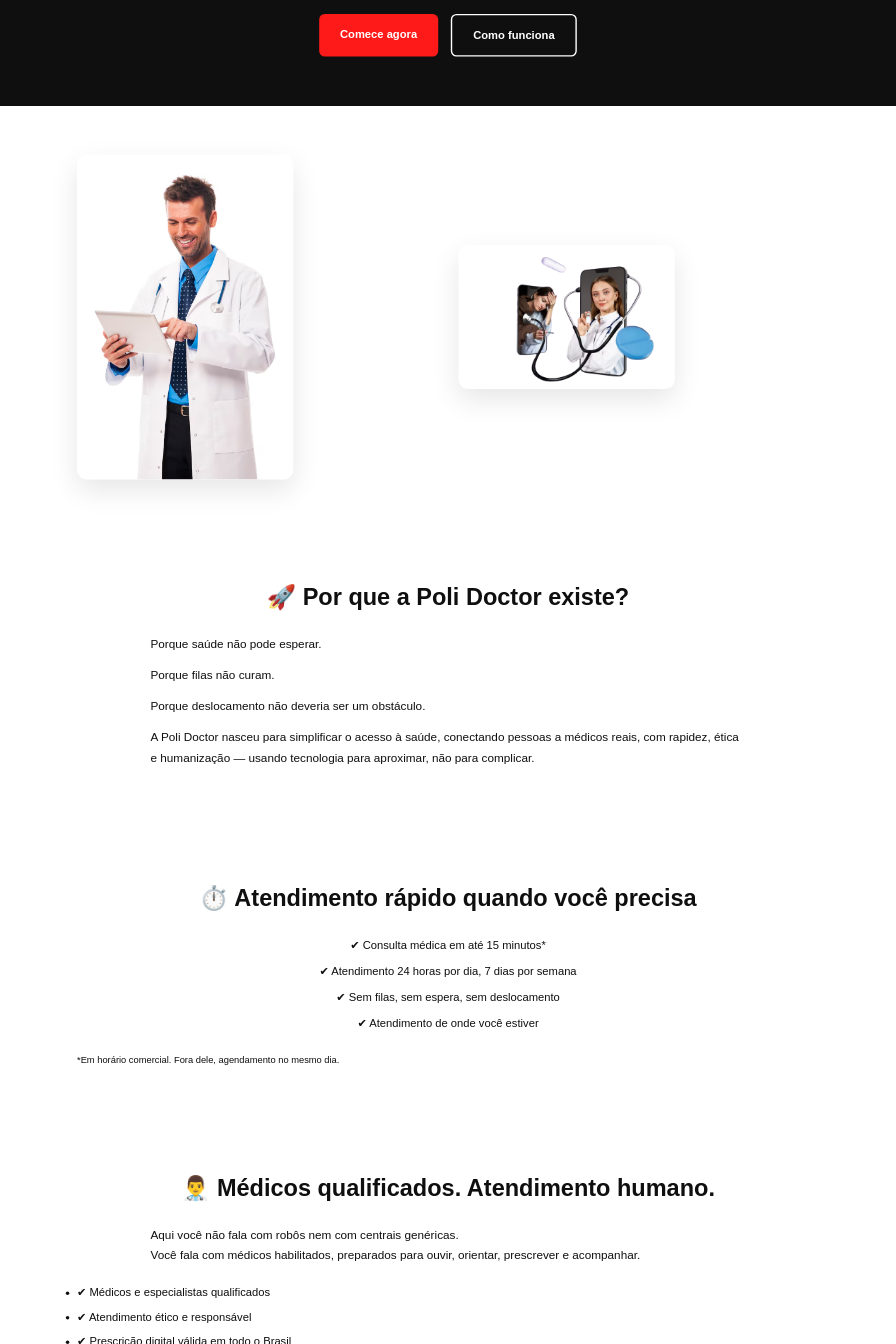
Repository: RenSkywalker/poli-doctor-landing
Page: index.html
These files come from the project's save history. The page is drawn as it stood at one moment and after the next save; the edit follows.
The browser window is 1280 px wide. The pictures show the part of the page from y = 537 to 2457 px (the page is 8626 px tall before and 9556 px after), at 70% of full size.

Above is the page before, as saved 2026-01-09 17:58:24.

After the next save:
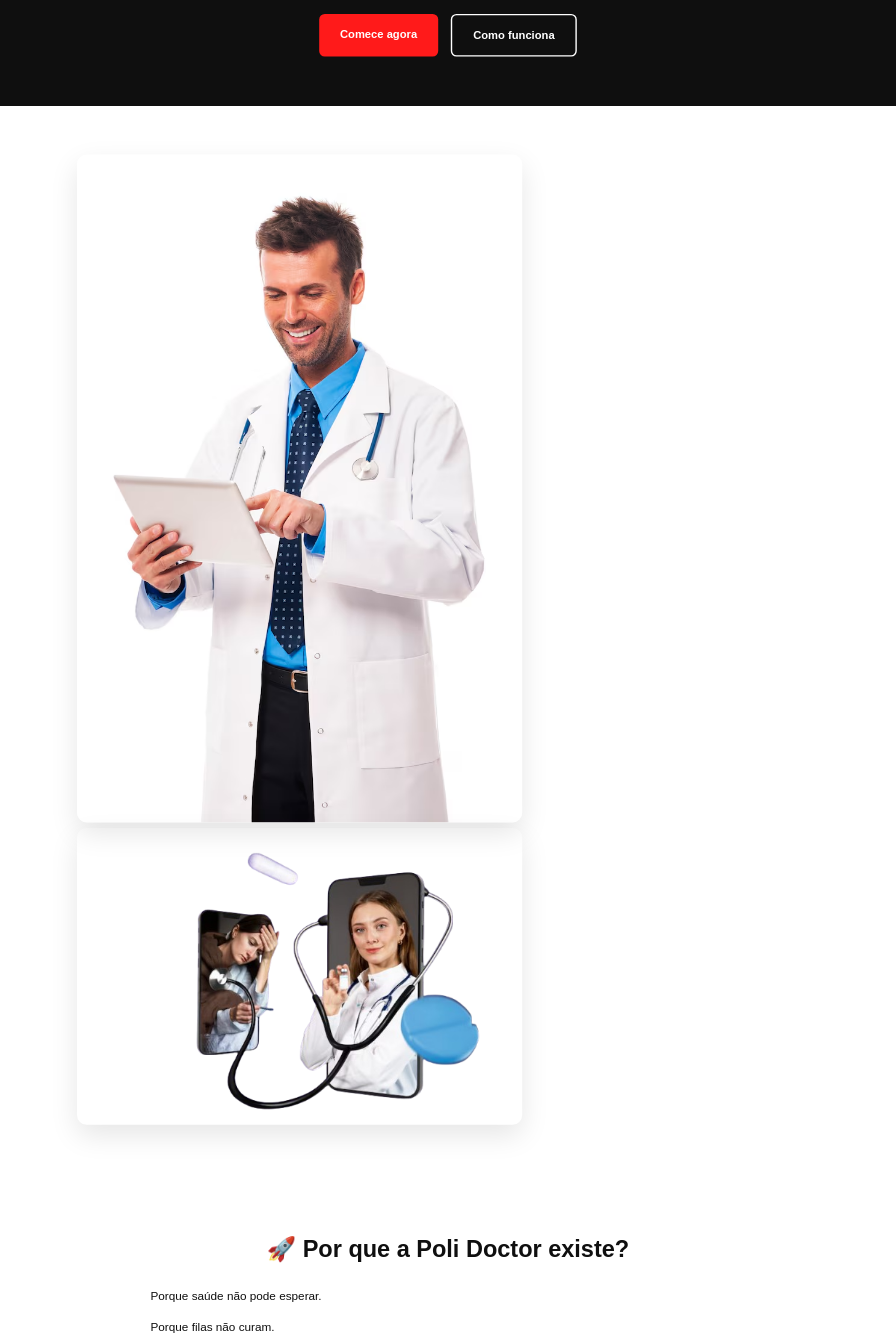
Saved 19 s later.
--- a/css/style.css
+++ b/css/style.css
@@ -99,12 +99,7 @@
   background: #ffffff;
 }
 
-.imagem-grid {
-  display: grid;
-  grid-template-columns: repeat(auto-fit, minmax(280px, 1fr));
-  gap: 30px;
-  align-items: center;
-}
+
 
 .imagem-grid img {
   width: 60%;

After the save that followed:
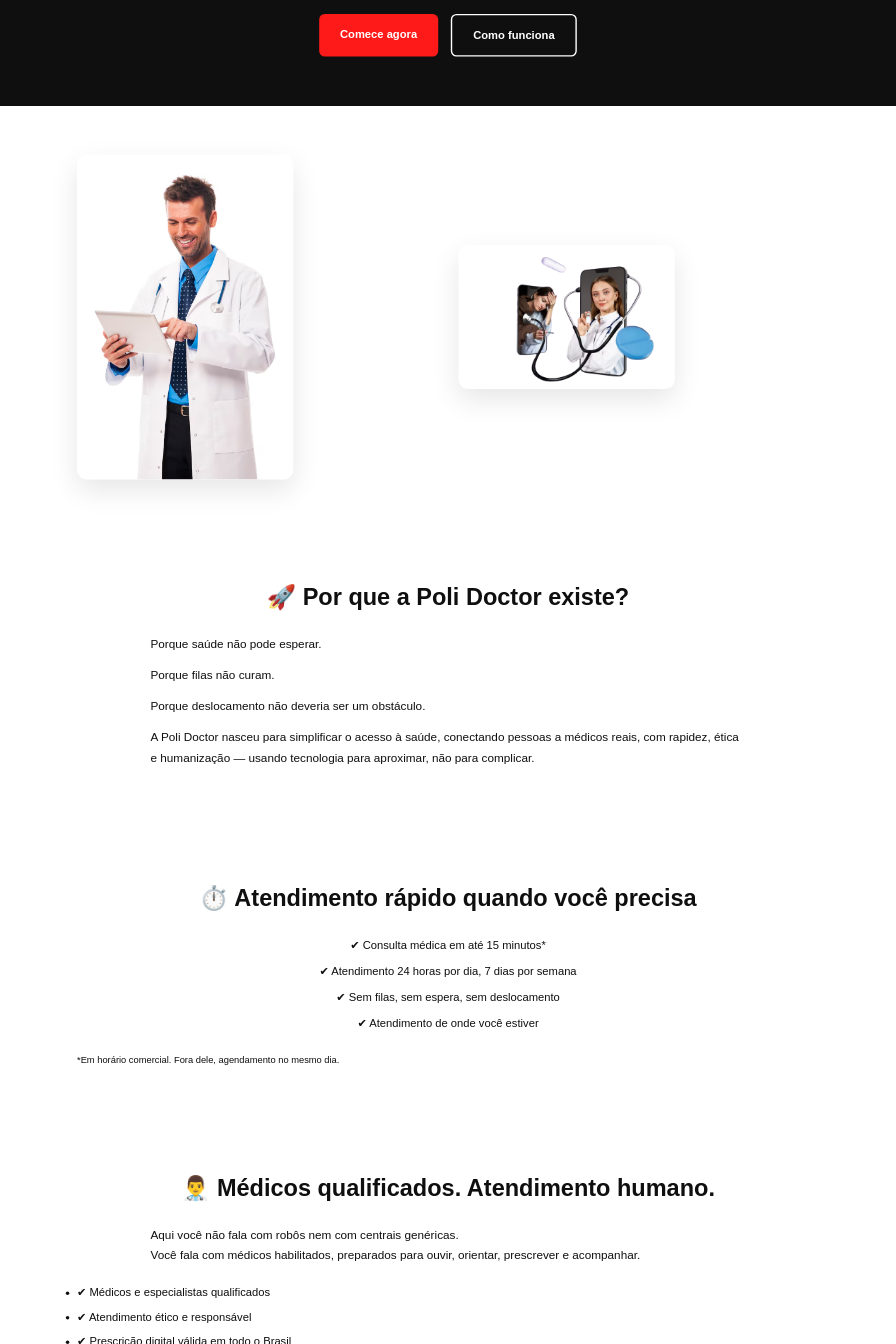
Saved 6 s later.
--- a/css/style.css
+++ b/css/style.css
@@ -99,7 +99,12 @@
   background: #ffffff;
 }
 
-
+.imagem-grid {
+  display: grid;
+  grid-template-columns: repeat(auto-fit, minmax(280px, 1fr));
+  gap: 30px;
+  align-items: center;
+}
 
 .imagem-grid img {
   width: 60%;
